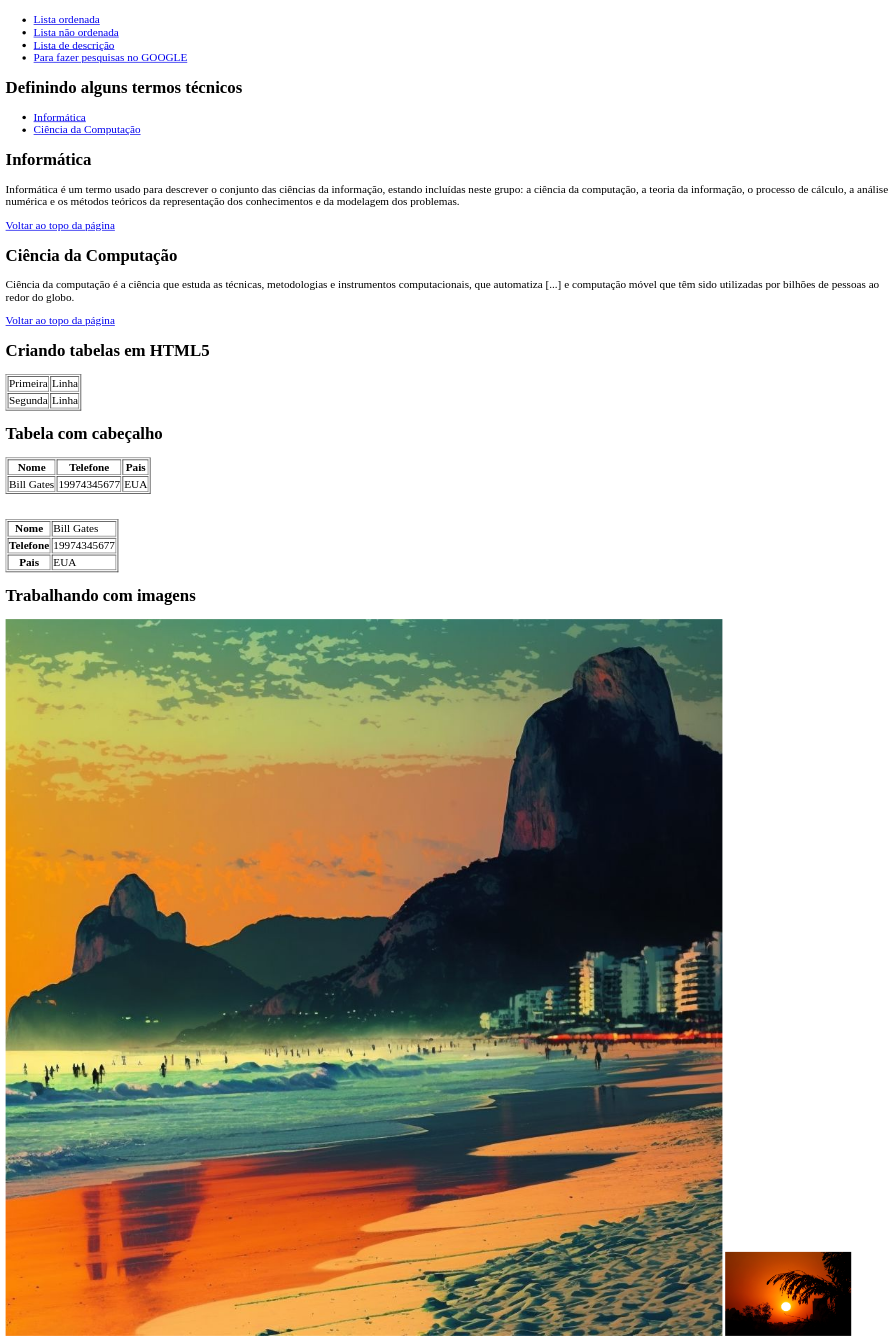
Repository: Thichi99/BootcampGen75
Page: Familia75/index.html
The author's editor kept a copy of each file at every save. The page is drawn from the files as they stood at one save, then again after a run of saves.
The browser window is 1280 px wide. The pictures show the part of the page from y = 729 to 2649 px (the page is 2649 px tall), at 70% of full size.

Above is the page before, as saved 2024-07-26 11:55:36.

After the next 2 saves:
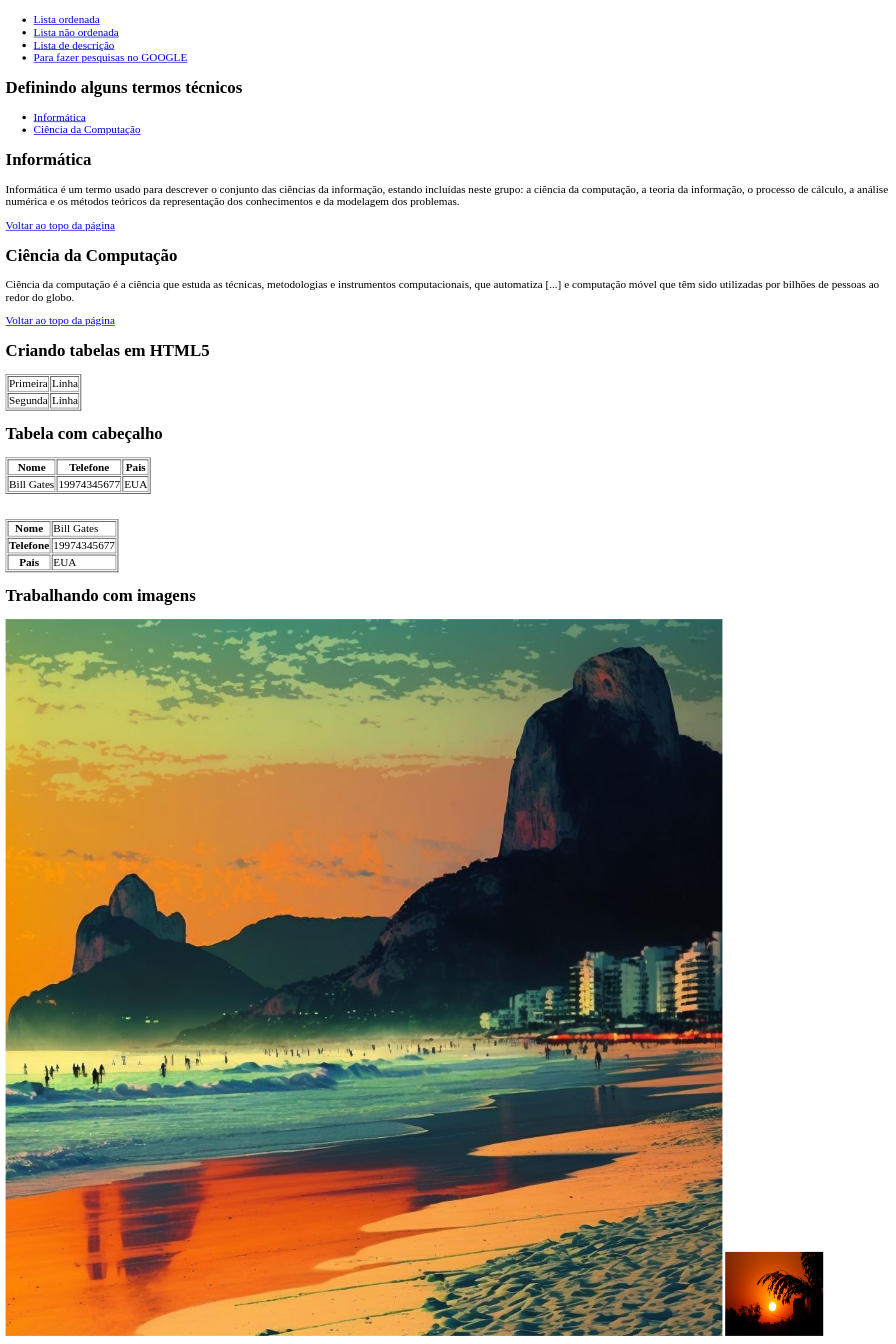
The 2 saves are shown as one change because they came seconds apart.
The last was saved 10 s later.
--- a/Familia75/index.html
+++ b/Familia75/index.html
@@ -122,7 +122,7 @@ pessoas ao redor do globo.
    <h2>Trabalhando com imagens</h2>
    <div id="imagem1">
     <img src="./imagens/copacabana.png">
-    <img src="./imagens/sol.jpg" height="120" width=""
+    <img src="./imagens/sol.jpg" height="120" width="140">
    </div>
 </body>
 </html>
